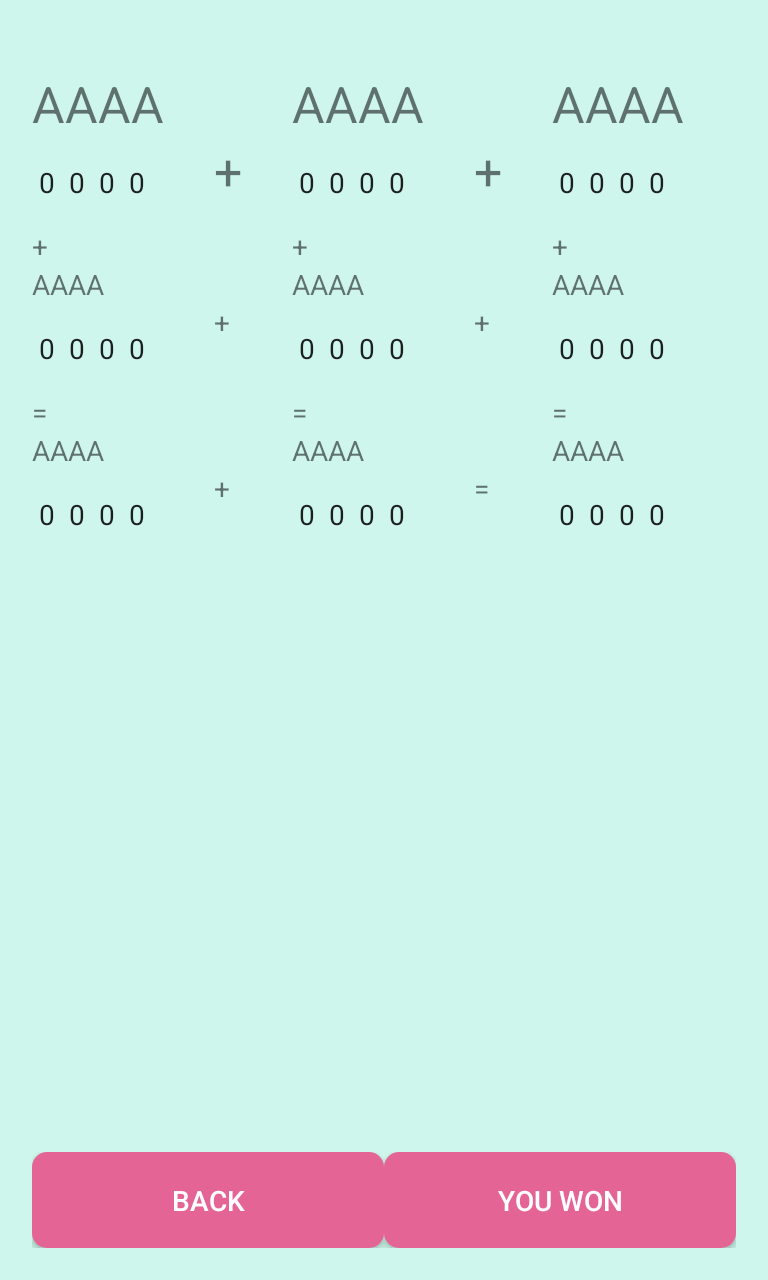
Repository: jelleswester/Breinbreker
Layout: Breinbreker/res/layout/activity_game_play.xml
These files come from the project's save history. The layout is drawn as it stood at one moment and after the next save; the edit follows.
It is drawn on a 768 x 1280 px phone screen (xhdpi) without system bars, with theme AppTheme; the app's code is not run.

Above is the layout before, as saved 2015-01-23 09:08:59.

After the next save:
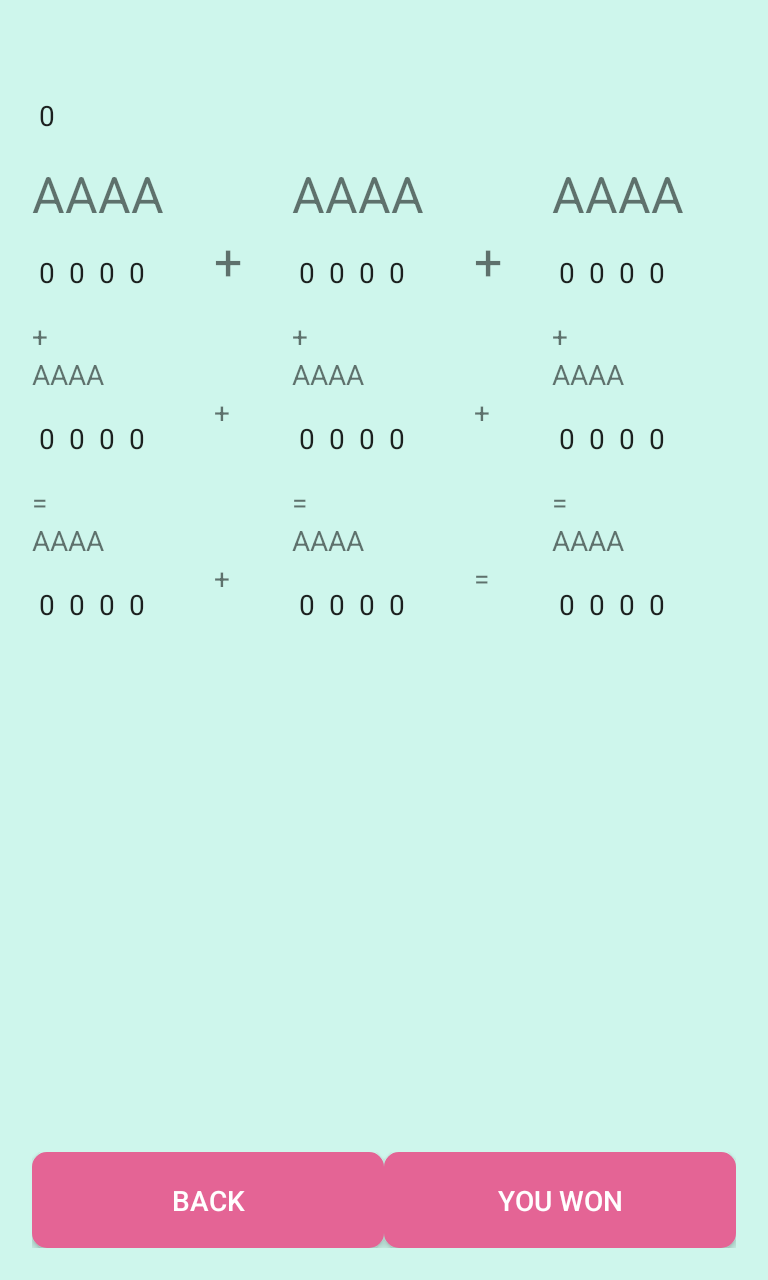
Saved 62 s later.
--- a/Breinbreker/res/layout/activity_game_play.xml
+++ b/Breinbreker/res/layout/activity_game_play.xml
@@ -24,6 +24,10 @@
                 <TextView
                     android:layout_width="wrap_content"
                     android:layout_height="wrap_content" />
+
+                <NumberPicker
+			        android:layout_width="30px"
+			        android:layout_height="90px" />
             </LinearLayout>
         </TableRow>
 
